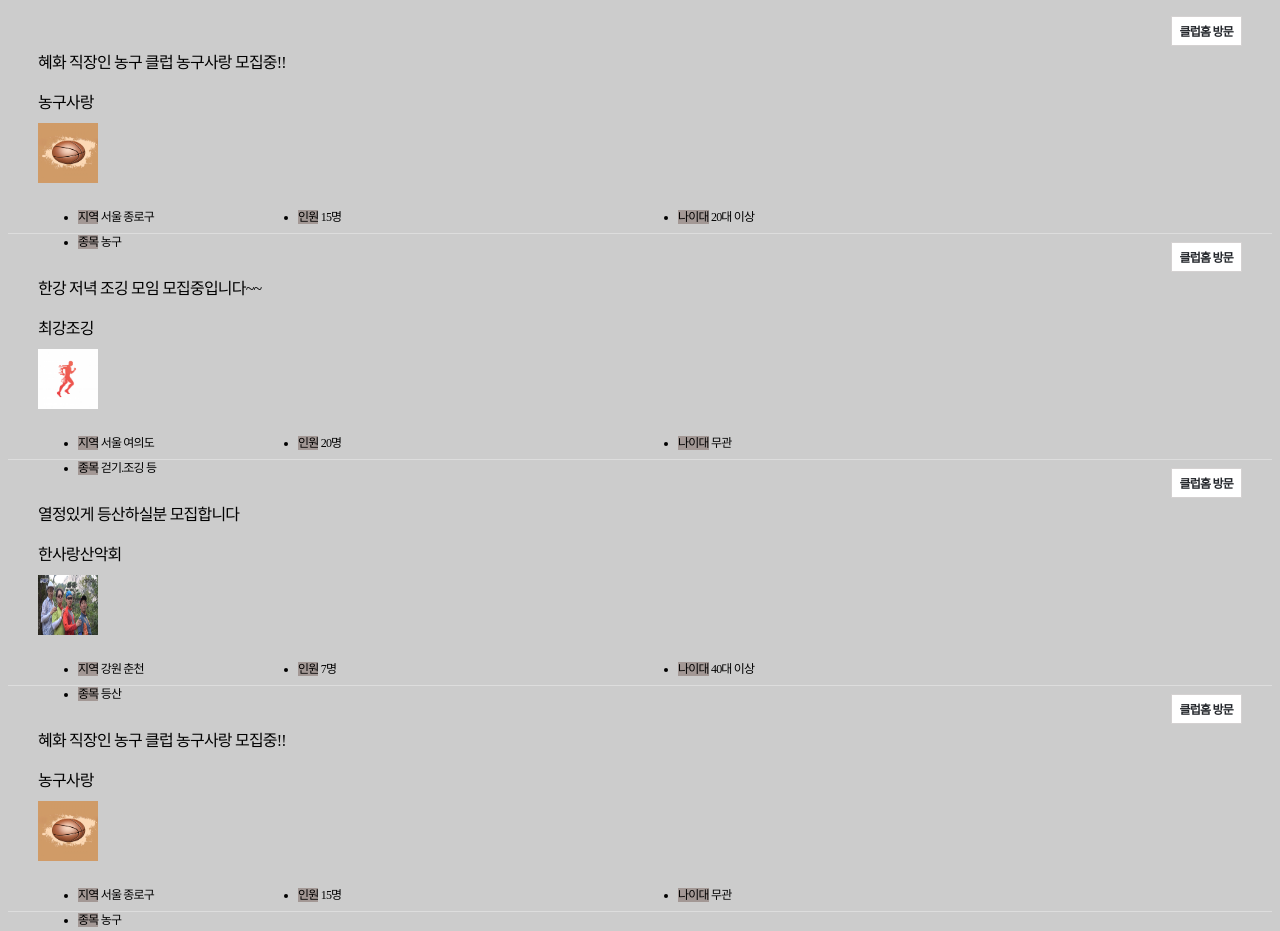
Repository: jaemin333/study
Page: club.html
An editor plug-in stored every save of this project. The page is shown before and after the next save, followed by the edit.
The browser window is 1280 px wide. The pictures show the whole page.

Above is the page before, as saved 2021-07-02 02:30:15.

### club.html
<!DOCTYPE html>
<html lang="ko">
<head>
    <meta charset="UTF-8">
    <meta http-equiv="X-UA-Compatible" content="IE=edge">
    <meta name="viewport" content="width=device-width, initial-scale=1.0">
    <link rel ="stylesheet" type = "text/css" href = "style.css">
    <title>club</title>
</head>
<body>
    <div class = "clubList">
    <div class = "clubBox">
        <p class = "clubTip">
            <a>혜화 직장인 농구 클럽 농구사랑 모집중!!</a>
        </p>
    <div class ="cbClubName">
        <a>농구사랑</a>
        <a class ="iButton">클럽홈 방문</a>
    </div>

    <div class ="cbInfo">
        <div class="cbMark">
            <span class="clubmark">
                <img src = "bask.png" width="60" height="60">
        </div>
    <ul>
        <li>
            <span class = "info dark">지역</span>
             서울 종로구
        </li>
        <li style = "width:380px;">
            <span class = "info dark">인원</span>
             15명
        </li>
        <li style = "width:380px;">
            <span class = "info dark">나이대</span>
             20대 이상
        </li>
        <li style = "width:380px;">
            <span class = "info dark">종목</span>
             농구
        </li>
    </ul>
    </div>
    </div>
    </div>

    <div class = "clubList">
        <div class = "clubBox">
            <p class = "clubTip">
                <a>한강 저녁 조깅 모임 모집중입니다~~</a>
            </p>
        <div class ="cbClubName">
            <a>최강조깅</a>
            <a class ="iButton">클럽홈 방문</a>
        </div>

        <div class ="cbInfo">
            <div class="cbMark">
                <span class="clubmark">
                    <img src = "run.jpg" width="60" height="60">
            </div>
        <ul>
            <li>
                <span class = "info dark">지역</span>
                 서울 여의도
            </li>
            <li style = "width:380px;">
                <span class = "info dark">인원</span>
                 20명
            </li>
            <li style = "width:380px;">
                <span class = "info dark">나이대</span>
                 무관
            </li>
            <li style = "width:380px;">
                <span class = "info dark">종목</span>
                 걷기.조깅 등
            </li>
        </ul>
        </div>
        </div>
        </div>

        <div class = "clubList">
            <div class = "clubBox">
                <p class = "clubTip">
                    <a>열정있게 등산하실분 모집합니다</a>
                </p>
            <div class ="cbClubName">
                <a>한사랑산악회</a>
                <a class ="iButton">클럽홈 방문</a>
            </div>

            <div class ="cbInfo">
                <div class="cbMark">
                    <span class="clubmark">
                        <img src = "hike.png" width="60" height="60">
                </div>
            <ul>
                <li>
                    <span class = "info dark">지역</span>
                     강원 춘천
                </li>
                <li style = "width:380px;">
                    <span class = "info dark">인원</span>
                     7명
                </li>
                <li style = "width:380px;">
                    <span class = "info dark">나이대</span>
                     40대 이상
                </li>
                <li style = "width:380px;">
                    <span class = "info dark">종목</span>
                     등산
                </li>
            </ul>
            </div>
            </div>
            </div>


            <div class = "clubList">
                <div class = "clubBox">
                    <p class = "clubTip">
                        <a>혜화 직장인 농구 클럽 농구사랑 모집중!!</a>
                    </p>
                <div class ="cbClubName">
                    <a>농구사랑</a>
                    <a class ="iButton">클럽홈 방문</a>
                </div>

                <div class ="cbInfo">
                    <div class="cbMark">
                        <span class="clubmark">
                            <img src = "bask.png" width="60" height="60">
                    </div>
                <ul>
                    <li>
                        <span class = "info dark">지역</span>
                         서울 종로구
                    </li>
                    <li style = "width:380px;">
                        <span class = "info dark">인원</span>
                         15명
                    </li>
                    <li style = "width:380px;">
                        <span class = "info dark">나이대</span>
                         무관
                    </li>
                    <li style = "width:380px;">
                        <span class = "info dark">종목</span>
                         농구
                    </li>
                </ul>
                </div>
                </div>
                </div>








</body>
</html>

### style.css
div {
    display:block;
}



body {
    background-color: #ccc;
    word-break: break-all;
    -ms-word-break: break-all;
    letter-spacing: -0.050em;
}


.clubBox{
    position: relative;
    padding: 25px 30px 30px 30px;
    border-bottom: 1px solid #dddddd;
}


ul{
    display: block;
    margin-block-start: 1em;
    margin-block-end: 1em;
    margin-inline-start: 0px;
    margin-inline-end: 0px;
    padding-inline-start: 40px;
}

.clubBox li .info.dark{
    background-color: #a39895;
}

.iButton {
    display: inline-block;
    height: 18px;
    padding: 5px 8px;
    font-size: 12px;
    font-weight: bold;
    color: #24272c;
    text-align: center;
    background-color: white;
    border: 1px solid #d4d1d1;
}

.clubBox .iButton {
    position: absolute;
    top: 8px;
    right: 30px;
}

li {
    display: list-item;
    text-align: -webkit-match-parent;
}

.clubBox .cbInfo li {
    float: left;
    width: 220px;
    margin: 4px 0 3px 0;
    font-size: 12px;
    color: black;
}

.cbClubName {
    padding-bottom: 10px;
}

After the next save:
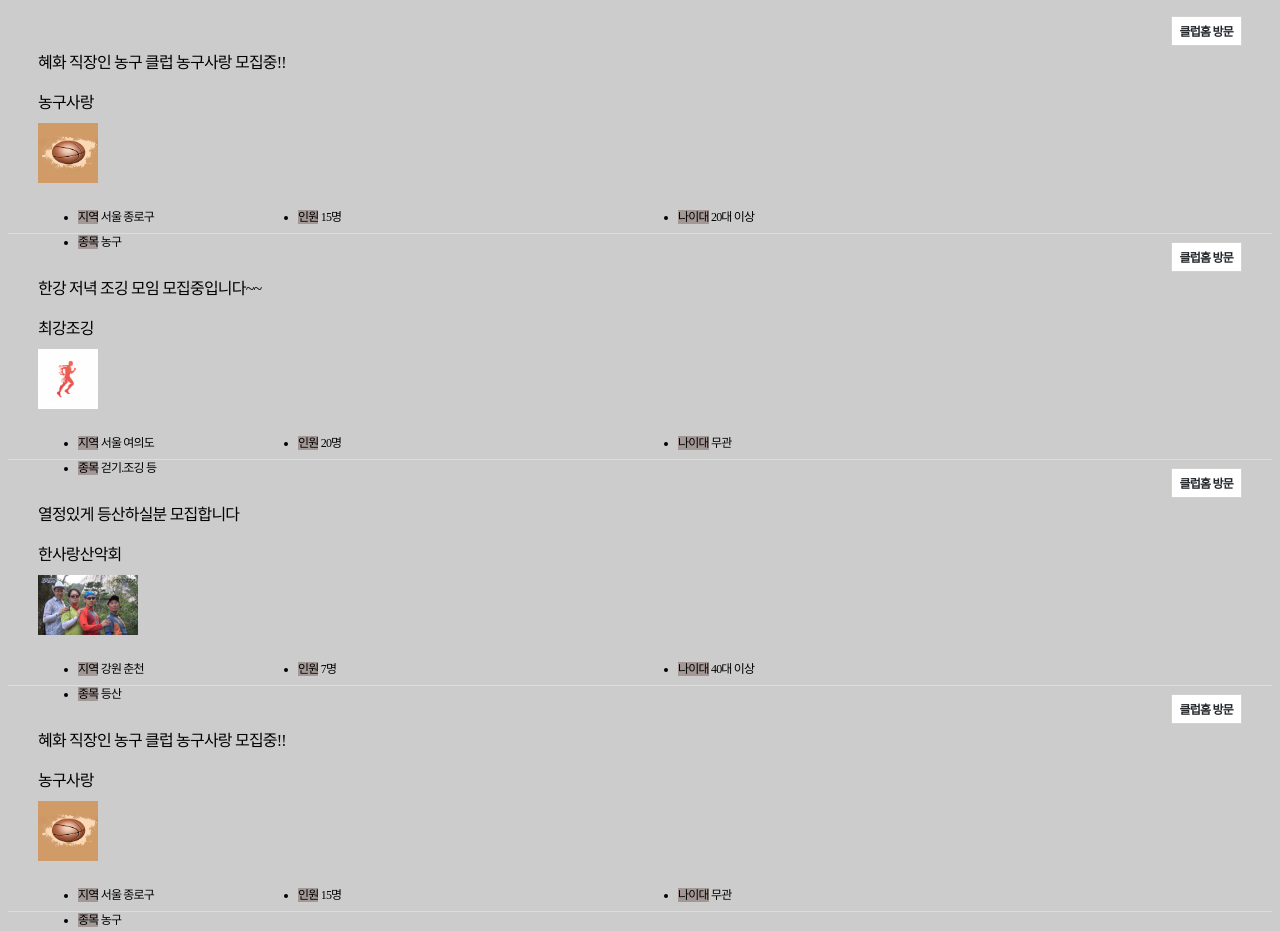
Saved 5 s later.
--- a/club.html
+++ b/club.html
@@ -95,7 +95,7 @@
             <div class ="cbInfo">
                 <div class="cbMark">
                     <span class="clubmark">
-                        <img src = "hike.png" width="60" height="60">
+                        <img src = "hike.png" width="100" height="60">
                 </div>
             <ul>
                 <li>
